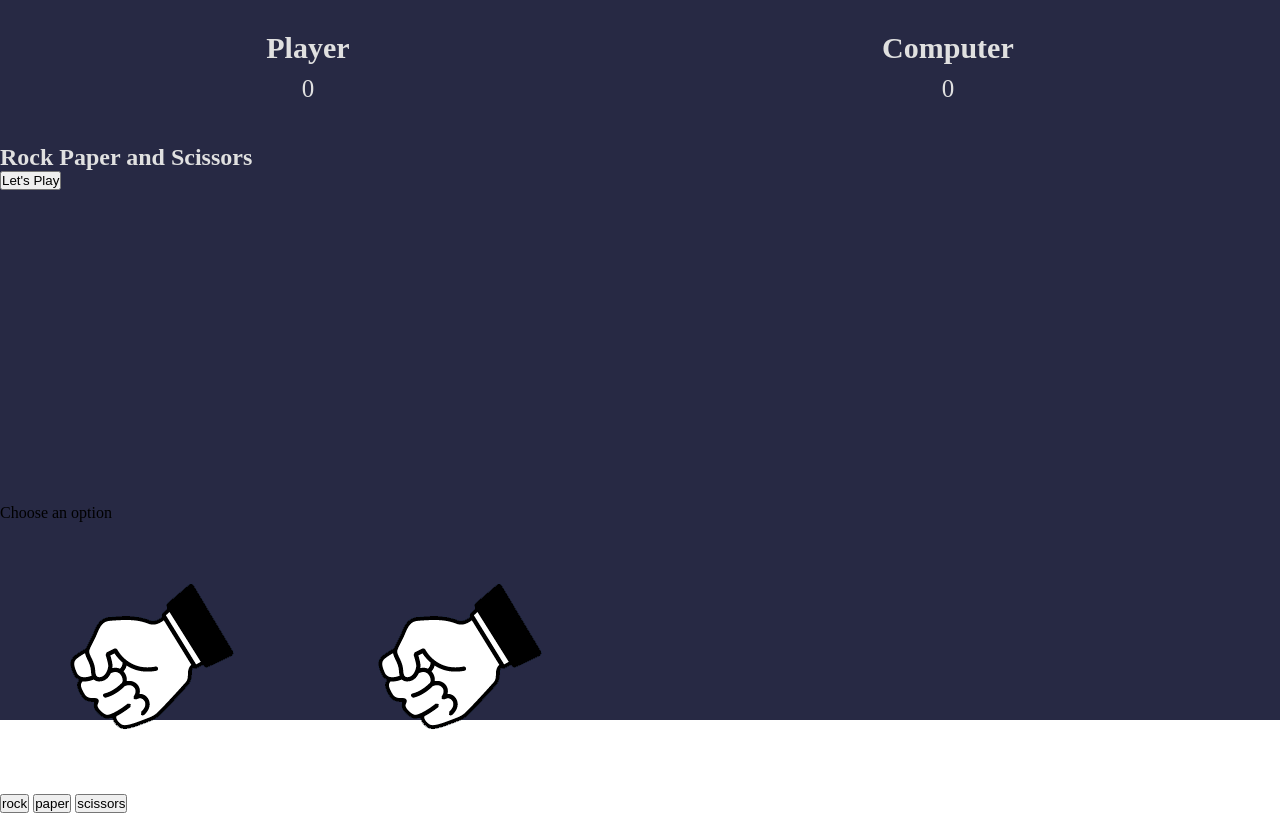
Repository: issaRan/Rock-Paper-Scissors
Page: index.html
These files come from the project's save history. The page is drawn as it stood at one moment and after the next save; the edit follows.
The browser window is 1280 px wide. The pictures show the whole page.

Above is the page before, as saved 2020-10-23 22:34:01.

After the next save:
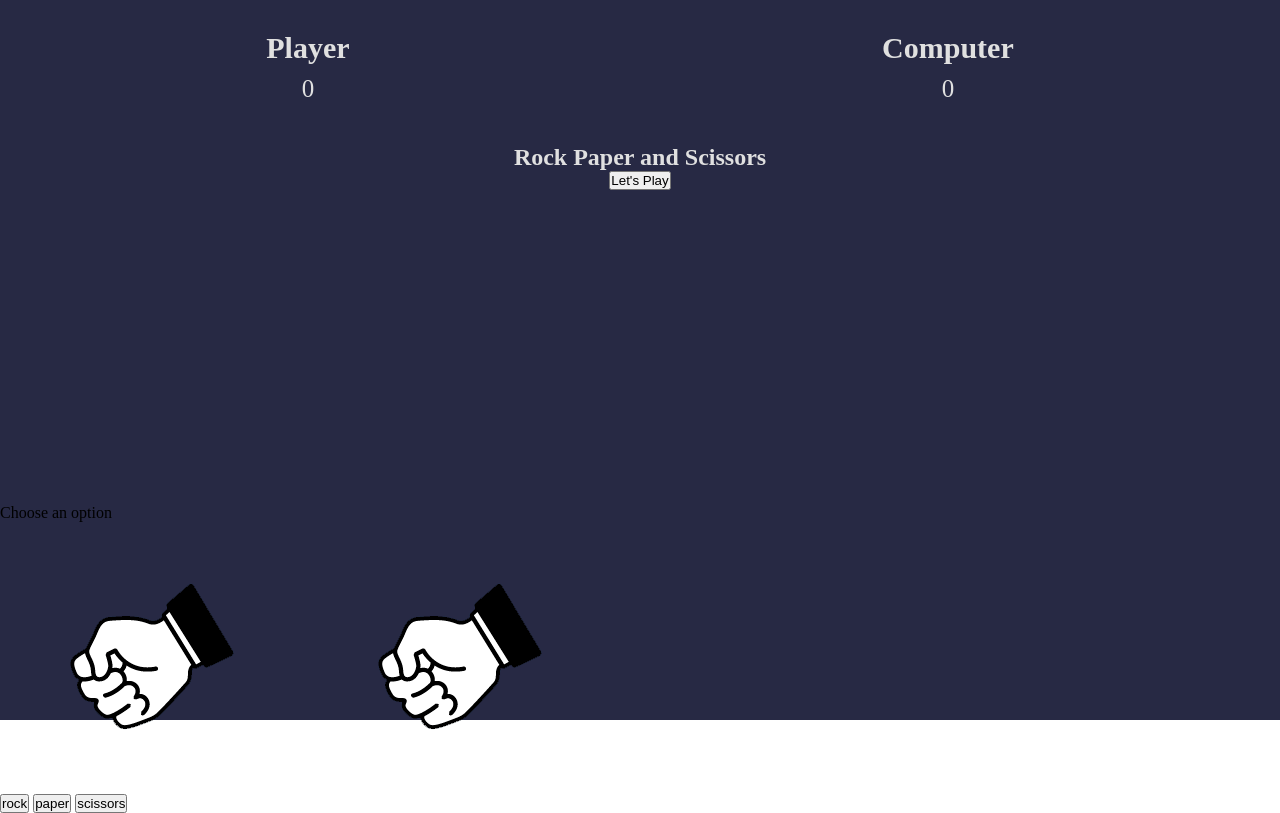
Saved 5 s later.
--- a/style.css
+++ b/style.css
@@ -29,6 +29,6 @@ section{
     color: rgba(224, 224, 224);
     height: 50vh;
     flex-direction: column;
-    display: inline-flexbox;
+    display: flex;
     align-items: center;
 }
